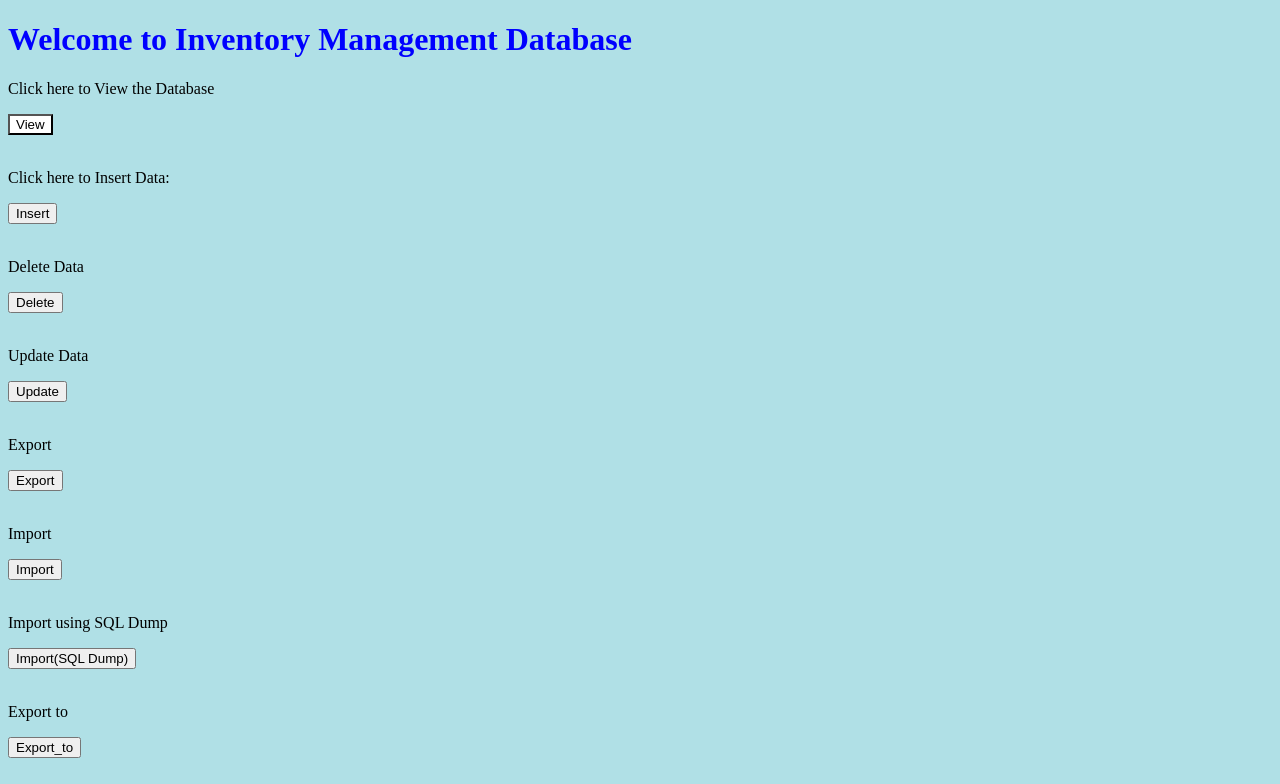
Repository: cyrusdwivedi2002/inventory-management-system
Page: DemoApp/src/main/webapp/Mainpage.html
The author's editor kept a copy of each file at every save. The page is drawn from the files as they stood at one save, then again after the next save.
The browser window is 1280 px wide. The pictures show the whole page.

Above is the page before, as saved 2022-06-24 18:06:52.

### DemoApp/src/main/webapp/Mainpage.html
<!DOCTYPE html>
<html>
<head>
<meta charset="ISO-8859-1">

<style>
body {
background-color: powderblue;
}
h1{
color: blue;
}
</style>
<title>Inventory management System</title>
</head>
<body>
	<h1>Welcome to Inventory Management Database</h1>
	<p> Click here to View the Database </p>
	<button type="button" form="form1"   onclick="window.location.href = 'view.html';" style = 'background-color:white'>View</button>
	<br/><br/>
	<p> Click here to Insert Data: </p>
	<button type="button" form="form1"   onclick="window.location.href = 'insert.html';">Insert</button>
	<br/><br/>
	<p> Delete Data </p>
	<button type="button" form="form1"   onclick="window.location.href = 'delete.html';">Delete</button>
	<br/><br/>
	<p> Update Data </p>
	<button type="button" form="form1"   onclick="window.location.href = 'update.html';">Update</button>
	<br/><br/>
	<p> Export </p>
	<button type="button" form="form1"   onclick="window.location.href = 'export.html';">Export</button>
	<br/><br/>
	<p> Import </p>
	<button type="button" form="form1"   onclick="window.location.href = 'import.html';">Import</button>
	<br/><br/>
	<p> Import using SQL Dump</p>
	<button type="button" form="form1"   onclick="window.location.href = 'importdump.html';">Import(SQL Dump)</button>
	<br/><br/>
	<p> Export to</p>
	<button type="button" form="form1"   onclick="window.location.href = 'export.html';">Export_to</button>
	<br/><br/>

	</body>
</html>

After the next save:
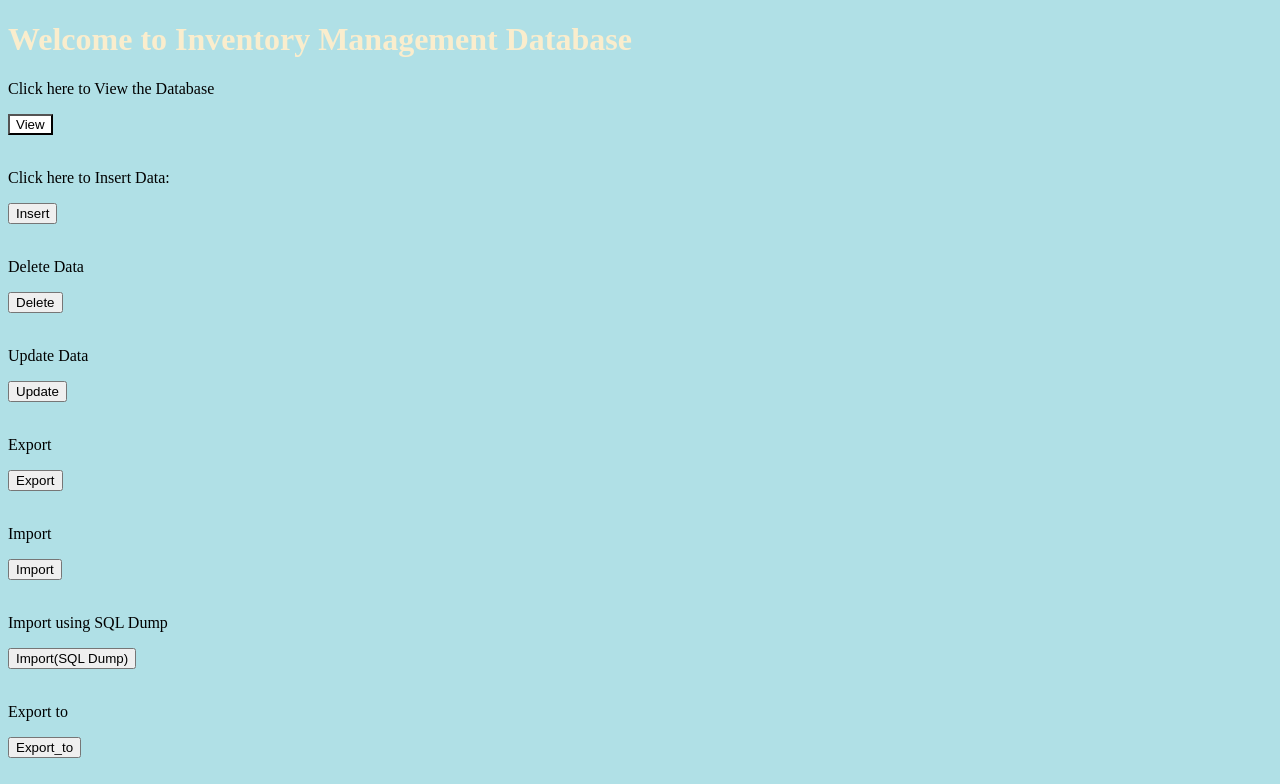
Saved 49 s later.
--- a/DemoApp/src/main/webapp/Mainpage.html
+++ b/DemoApp/src/main/webapp/Mainpage.html
@@ -8,7 +8,7 @@ body {
 background-color: powderblue;
 }
 h1{
-color: blue;
+color: #faedcd;
 }
 </style>
 <title>Inventory management System</title>
